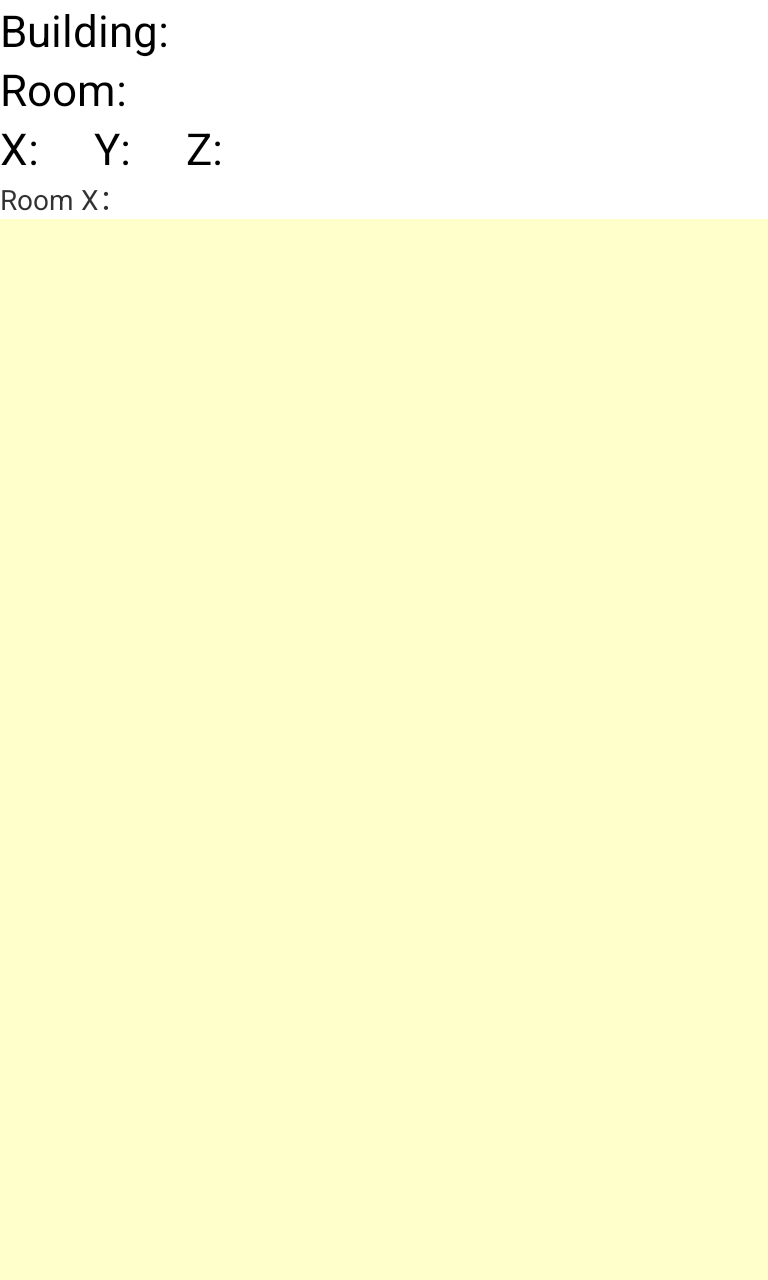
Repository: RenchuSong/tMap_Android
Layout: tmap_model_tool/res/layout/locating.xml
The author's editor kept a copy of each file at every save. The layout is drawn from the files as they stood at one save, then again after the next save.
It is drawn on a 768 x 1280 px phone screen (xhdpi) without system bars, with theme AppTheme; the app's code is not run.

Above is the layout before, as saved 2014-05-11 22:32:37.

### tmap_model_tool/res/layout/locating.xml
<?xml version="1.0" encoding="utf-8"?>
<LinearLayout xmlns:android="http://schemas.android.com/apk/res/android"
    android:layout_width="match_parent"
    android:layout_height="match_parent"
    android:orientation="vertical" >

    <TextView
        android:id="@+id/building"
        android:layout_width="match_parent"
        android:layout_height="wrap_content"
        android:text="Building:"
        android:textAppearance="?android:attr/textAppearanceLarge" />

    <TextView
        android:id="@+id/room"
        android:layout_width="match_parent"
        android:layout_height="wrap_content"
        android:text="Room:"
        android:textAppearance="?android:attr/textAppearanceLarge" />

    <TextView
        android:id="@+id/location"
        android:layout_width="match_parent"
        android:layout_height="wrap_content"
        android:text="X:     Y:     Z:"
        android:textAppearance="?android:attr/textAppearanceLarge" />

    <LinearLayout
        android:layout_width="match_parent"
        android:layout_height="wrap_content" >

        <TextView
            android:id="@+id/textView1"
            android:layout_width="wrap_content"
            android:layout_height="wrap_content"
            android:text="Room X："/>

    </LinearLayout>

    <RelativeLayout
        android:layout_width="match_parent"
        android:layout_height="match_parent"
        android:background="#ffffcc" >
    </RelativeLayout>

</LinearLayout>

Loaded but not shown: tmap_model_tool/res/values/styles.xml (common file); tmap_model_tool/res/values-v11/styles.xml (common file); tmap_model_tool/res/values-v14/styles.xml (common file)

After the next save:
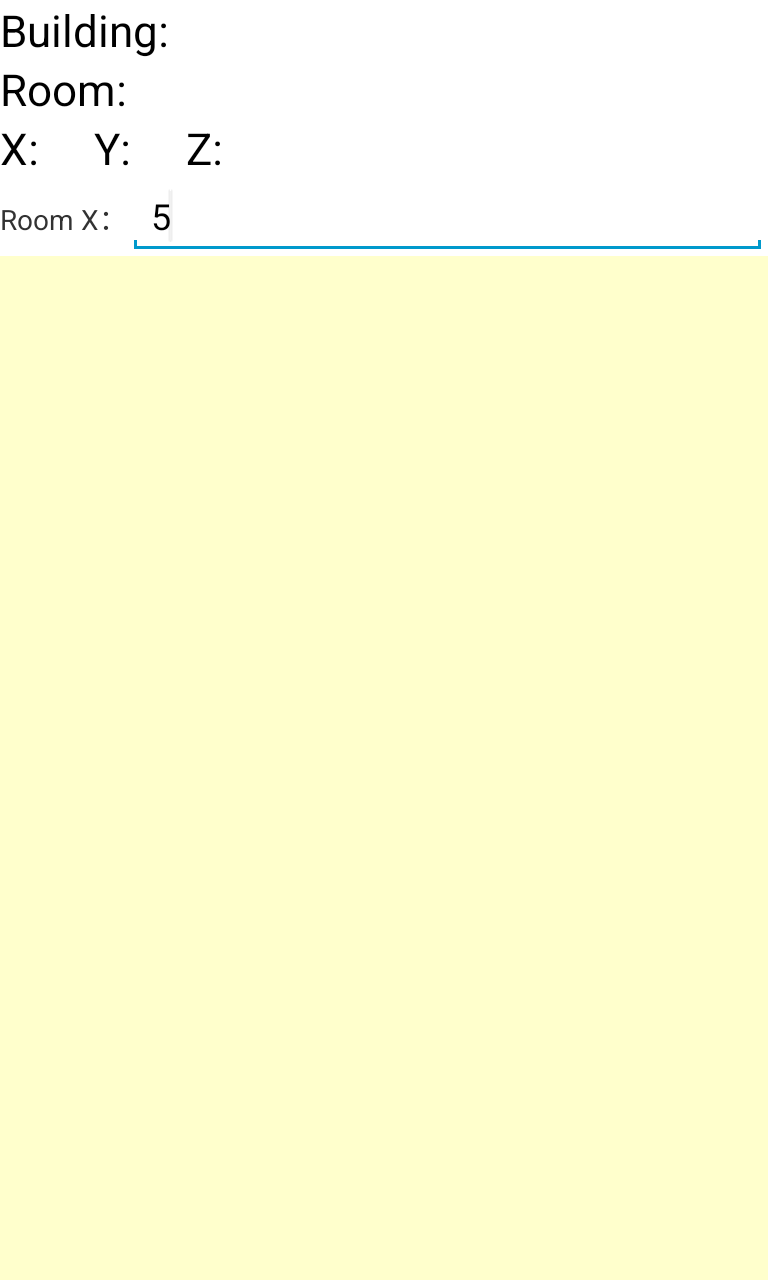
Saved 25 s later.
--- a/tmap_model_tool/res/layout/locating.xml
+++ b/tmap_model_tool/res/layout/locating.xml
@@ -35,6 +35,17 @@
             android:layout_height="wrap_content"
             android:text="Room X："/>
 
+        <EditText
+            android:id="@+id/editText1"
+            android:layout_width="wrap_content"
+            android:layout_height="wrap_content"
+            android:layout_weight="1"
+            android:ems="10"
+            android:text="5" >
+
+            <requestFocus />
+        </EditText>
+
     </LinearLayout>
 
     <RelativeLayout
